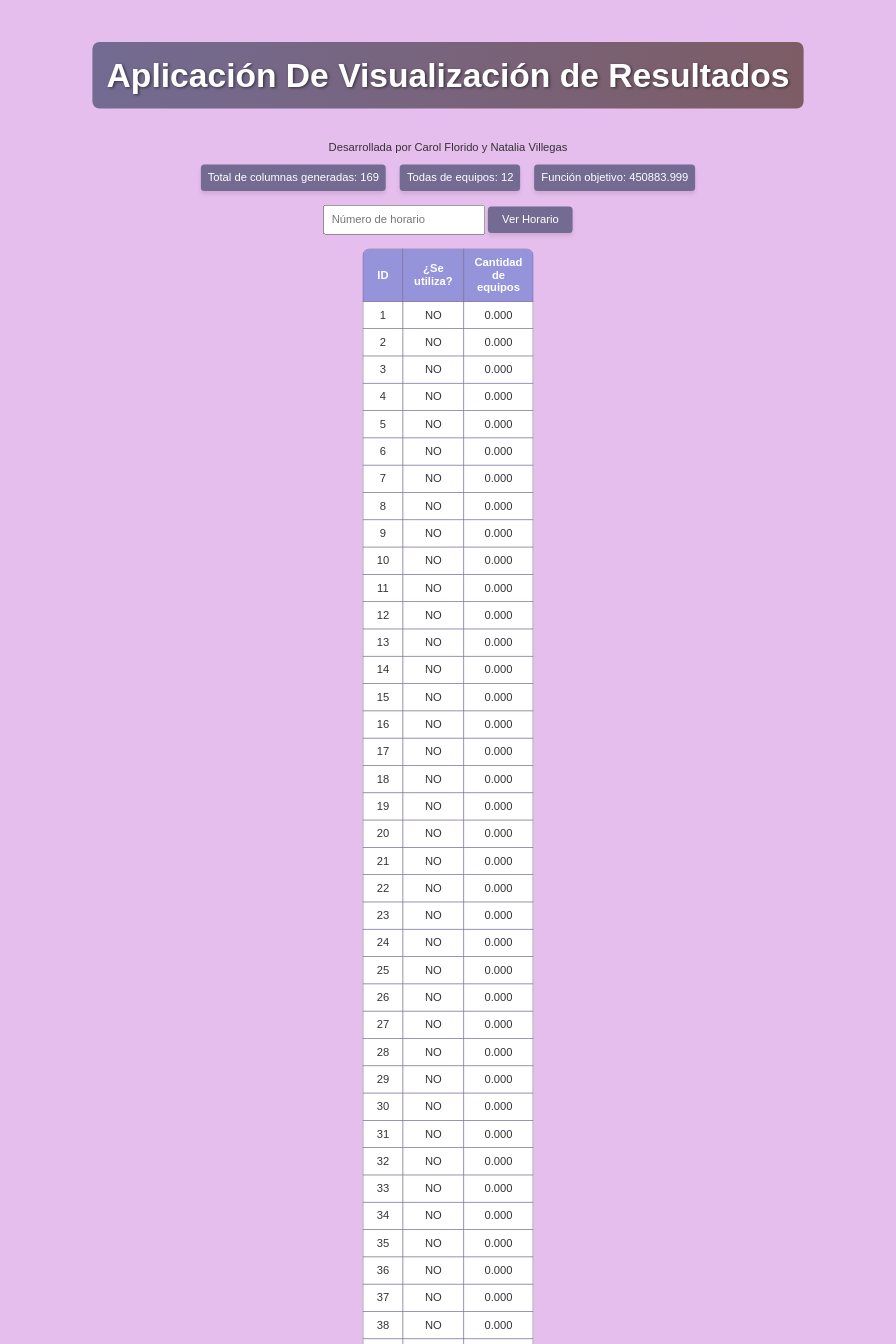
Repository: cflorido/Front_T3
Page: index.html
An editor plug-in stored every save of this project. The page is shown before and after the next save, followed by the edit.
The browser window is 1280 px wide. The pictures show the part of the page from y = 0 to 1920 px (the page is 7120 px tall before and 7091 px after), at 70% of full size.

Above is the page before, as saved 2024-10-22 23:06:07.

### index.html
<!DOCTYPE html>
<html lang="es">
<head>
    <meta charset="UTF-8">
    <meta name="viewport" content="width=device-width, initial-scale=1.0">
    <title>Aplicación Visualización de Datos</title>
    <style>
        body {
            font-family: Arial, sans-serif;
            background-color: #E5BEED;
            color: #333;
            text-align: center;
            padding: 20px;
        }
        .container {
            display: flex;
            justify-content: space-between;
        }
        button {
            padding: 10px 20px;
            font-size: 16px;
            cursor: pointer;
            background-color: #736B92;
            color: white;
            border: none;
            border-radius: 5px;
            transition: background-color 0.3s;
            box-shadow: 0 4px 6px rgba(0, 0, 0, 0.1);
        }
        button:hover {
            background-color: #7D5C65;
        }
        #tablaEquipos {
            width: 20%; /* 20% del ancho de la pantalla */
            border-collapse: collapse;
            text-align: left;
        }
        #tablaEquipos th, #tablaEquipos td {
            border: 1px solid #736B92;
            padding: 10px;
        }
        #tablaEquipos th {
            background-color: #9593D9;
            color: white;
        }
        #tablaEquipos td {
            background-color: #fff;
        }
        #contenido {
            width: 75%; /* 75% del ancho de la pantalla */
            margin-top: 20px;
            padding: 10px;
            border: 1px solid #7C90DB;
            background-color: #fff;
            border-radius: 8px;
            box-shadow: 0 2px 10px rgba(0, 0, 0, 0.2);
            display: none;
        }
        table {
            margin: 20px auto;
            border-collapse: collapse;
            width: 100%;
            border-radius: 10px;
            overflow: hidden;
        }
        th, td {
            border: 1px solid #736B92;
            padding: 10px;
            text-align: center;
            width: 14.28%;
        }
        th {
            background-color: #9593D9;
            color: white;
            font-weight: bold;
        }
        td {
            background-color: #ffffff;
            transition: background-color 0.3s;
        }
        td.utilizado {
            background-color: #7C90DB;
            color: #ffffff;
            font-weight: bold;
        }
        .footer {
            margin-top: 20px;
            font-size: 14px;
            color: #736B92;
        }
        .info-container {
            display: flex;
            justify-content: center;
            margin-bottom: 20px;
        }
        .info-box {
            margin: 0 10px;
            padding: 10px;
            background-color: #736B92;
            color: white;
            border-radius: 5px;
            box-shadow: 0 4px 6px rgba(0, 0, 0, 0.1);
        }
        .titulo {
        font-size: 3em; /* Tamaño del texto */
        font-weight: bold; /* Negrita */
        color: #fff; /* Color del texto */
        text-shadow: 2px 2px 4px rgba(0, 0, 0, 0.5); /* Sombra del texto */
        background: linear-gradient(90deg, #736B92, #7D5C65); /* Degradado de fondo */
        padding: 20px; /* Espaciado interno */
        border-radius: 10px; /* Bordes redondeados */
        display: inline-block; /* Permite aplicar padding */
        margin-bottom: 30px; /* Espacio debajo del título */
        text-align: center; /* Centrar texto */
        transition: transform 0.3s; /* Transición suave */
        }

        .titulo:hover {
            transform: scale(1.05); /* Efecto de aumento al pasar el ratón */
        }

    </style>
</head>
<body>
    <h1 class="titulo">Aplicación De Visualización de Resultados</h1>

    <p>Desarrollada por Carol Florido y Natalia Villegas</p>

    <div class="info-container">
        <div class="info-box">Total de columnas generadas: 169</div>
        <div class="info-box">Todas de equipos: 12</div>
        <div class="info-box">Función objetivo: 450883.999</div>
    </div>

    <input type="number" id="numeroLinea" placeholder="Número de horario" min="1" style="padding: 10px; font-size: 16px;">
    <button onclick="cargarLinea()">Ver Horario</button>

    <div class="container">
        <!-- Tabla de equipos en el lado izquierdo -->
        <table id="tablaEquipos">
            <thead>
                <tr>
                    <th>ID</th>
                    <th>¿Se utiliza?</th>
                    <th>Cantidad de equipos</th>
                </tr>
            </thead>
            <tbody></tbody>
        </table>

        <!-- Contenedor de la tabla de horarios -->
        <div id="contenido"></div>
    </div>

    <div class="footer">
        <p>&copy; 2024 Visualización de resultados tarea 3 Optimización Avanzada. Todos los derechos reservados.</p>
    </div>

    <script>
        let lineas = []; // Array para almacenar las líneas del archivo
        let equipos = []; // Array para almacenar la cantidad de equipos

        // Función para cargar el contenido de los archivos
        function cargarContenido() {
            fetch('data.txt')
                .then(response => {
                    if (!response.ok) {
                        throw new Error('Error al cargar el archivo: ' + response.statusText);
                    }
                    return response.text();
                })
                .then(data => {
                    lineas = data.split('\n');
                })
                .catch(error => {
                    console.error(error);
                    alert('No se pudo cargar el contenido.');
                });

            // Cargar el contenido del archivo de equipos
            fetch('equipos.txt')
                .then(response => {
                    if (!response.ok) {
                        throw new Error('Error al cargar el archivo de equipos: ' + response.statusText);
                    }
                    return response.text();
                })
                .then(data => {
                    equipos = data.split('\n').map(line => {
                        const [numero, cantidad] = line.split(',').map(Number);
                        return { numero, cantidad: parseFloat(cantidad).toFixed(3) }; // Redondear a 3 decimales
                    });
                    mostrarEquipos(); // Mostrar la tabla de equipos
                })
                .catch(error => {
                    console.error(error);
                    alert('No se pudo cargar el contenido de equipos.');
                });
        }

        // Función para mostrar la tabla de equipos
        function mostrarEquipos() {
            const tablaEquiposBody = document.querySelector('#tablaEquipos tbody');
            tablaEquiposBody.innerHTML = ''; // Limpiar el contenido previo

            equipos.forEach(equipo => {
                const fila = document.createElement('tr');
                const celdaId = document.createElement('td');
                const celdaUtiliza = document.createElement('td');
                const celdaCantidad = document.createElement('td');

                celdaId.textContent = equipo.numero;
                celdaUtiliza.textContent = equipo.cantidad > 0 ? 'SI' : 'NO';
                celdaCantidad.textContent = equipo.cantidad;

                fila.appendChild(celdaId);
                fila.appendChild(celdaUtiliza);
                fila.appendChild(celdaCantidad);

                tablaEquiposBody.appendChild(fila);
            });
        }

        // Función para mostrar la línea seleccionada
        function cargarLinea() {
            const numeroLinea = document.getElementById("numeroLinea").value;
            const contenidoDiv = document.getElementById("contenido");

            // Verificar si el número de línea es válido
            if (numeroLinea > 0 && numeroLinea <= lineas.length) {
                const horario = JSON.parse("[" + lineas[numeroLinea - 1] + "]"); // Parsear la línea como JSON con corchetes
                const equipoSeleccionado = equipos.find(e => e.numero === parseInt(numeroLinea));

                // Mostrar la cantidad de equipos arriba del horario
                contenidoDiv.innerHTML = `<h3>Cantidad de equipos: ${equipoSeleccionado ? equipoSeleccionado.cantidad : 'No disponible'}</h3>`;

                mostrarHorario(horario); // Mostrar el horario en forma de tabla
                contenidoDiv.style.display = 'block'; // Muestra el div
            } else {
                alert('Número de línea no válido. Intenta de nuevo.');
            }
        }

        // Función para mostrar el horario en una tabla
        function mostrarHorario(horario) {
            const contenidoDiv = document.getElementById("contenido");

            // Crear la tabla
            const tabla = document.createElement('table');
            const thead = document.createElement('thead');
            const tbody = document.createElement('tbody');

            // Crear encabezado de la tabla
            const encabezado = document.createElement('tr');
            const dias = ['Franja Horaria', 'Lunes', 'Martes', 'Miércoles', 'Jueves', 'Viernes', 'Sábado', 'Domingo'];
            dias.forEach(dia => {
                const th = document.createElement('th');
                th.textContent = dia;
                encabezado.appendChild(th);
            });
            thead.appendChild(encabezado);
            tabla.appendChild(thead);

            // Crear filas de horarios
            for (let i = 0; i < 12; i++) {
                const fila = document.createElement('tr');

                const horaInicio = (i * 2) % 24;
                const horaFin = (horaInicio + 2) % 24;
                const franjaHoraria = `${horaInicio < 10 ? '0' : ''}${horaInicio}:00 - ${horaFin < 10 ? '0' : ''}${horaFin}:00`;

                const celdaFranja = document.createElement('td');
                celdaFranja.textContent = franjaHoraria;
                fila.appendChild(celdaFranja);

                for (let j = 0; j < 7; j++) {
                    const celda = document.createElement('td');
                    celda.textContent = horario[i * 7 + j];
                    if (horario[i * 7 + j] === 1) {
                        celda.classList.add('utilizado'); // Agregar clase si se usa
                    }
                    fila.appendChild(celda);
                }
                tbody.appendChild(fila);
            }

            tabla.appendChild(tbody);
            contenidoDiv.appendChild(tabla);
        }

        // Cargar el contenido de los archivos al iniciar la página
        window.onload = cargarContenido;
    </script>
</body>
</html>

After the next save:
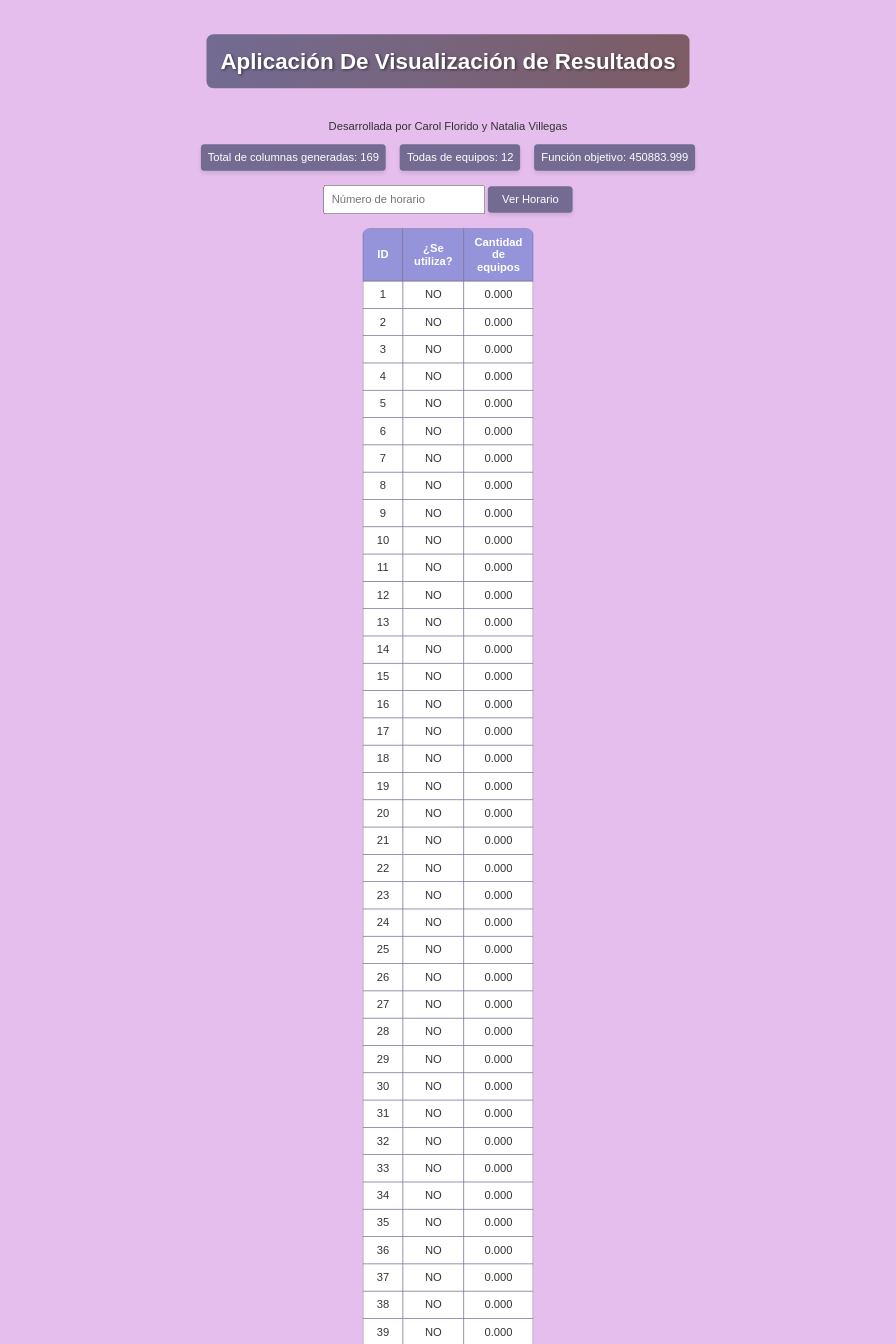
Saved 19 s later.
--- a/index.html
+++ b/index.html
@@ -102,7 +102,7 @@
             box-shadow: 0 4px 6px rgba(0, 0, 0, 0.1);
         }
         .titulo {
-        font-size: 3em; /* Tamaño del texto */
+        font-size: 2em; /* Tamaño del texto */
         font-weight: bold; /* Negrita */
         color: #fff; /* Color del texto */
         text-shadow: 2px 2px 4px rgba(0, 0, 0, 0.5); /* Sombra del texto */
